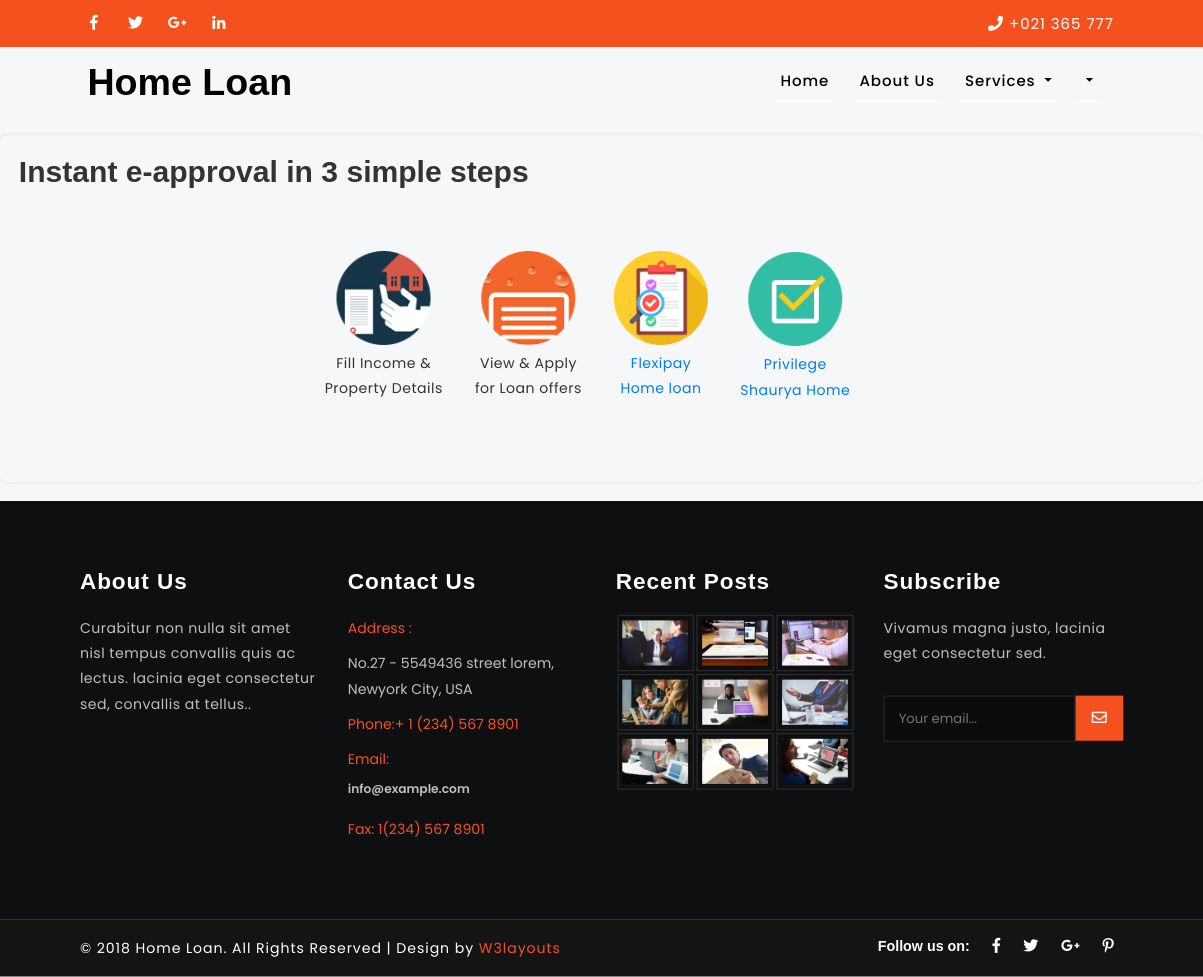
Repository: 72-faisal/Spring-MVC-project
Page: http://localhost/HomeLoan/WEB-INF/views/LoanCalculator.jsp
An editor plug-in stored every save of this project. The page is shown before and after the next save, followed by the edit.
The browser window is 1280 px wide. The pictures show the whole page, at 94% of full size.
Some web fonts or font styles are not loaded; a fallback is used. The page is served by Tomcat 9. Nobody is signed in. The template is opened directly, without the code that normally fills it, so the values that code supplies are empty.

Above is the page before, as saved 2023-12-28 07:48:00.

After the next save:
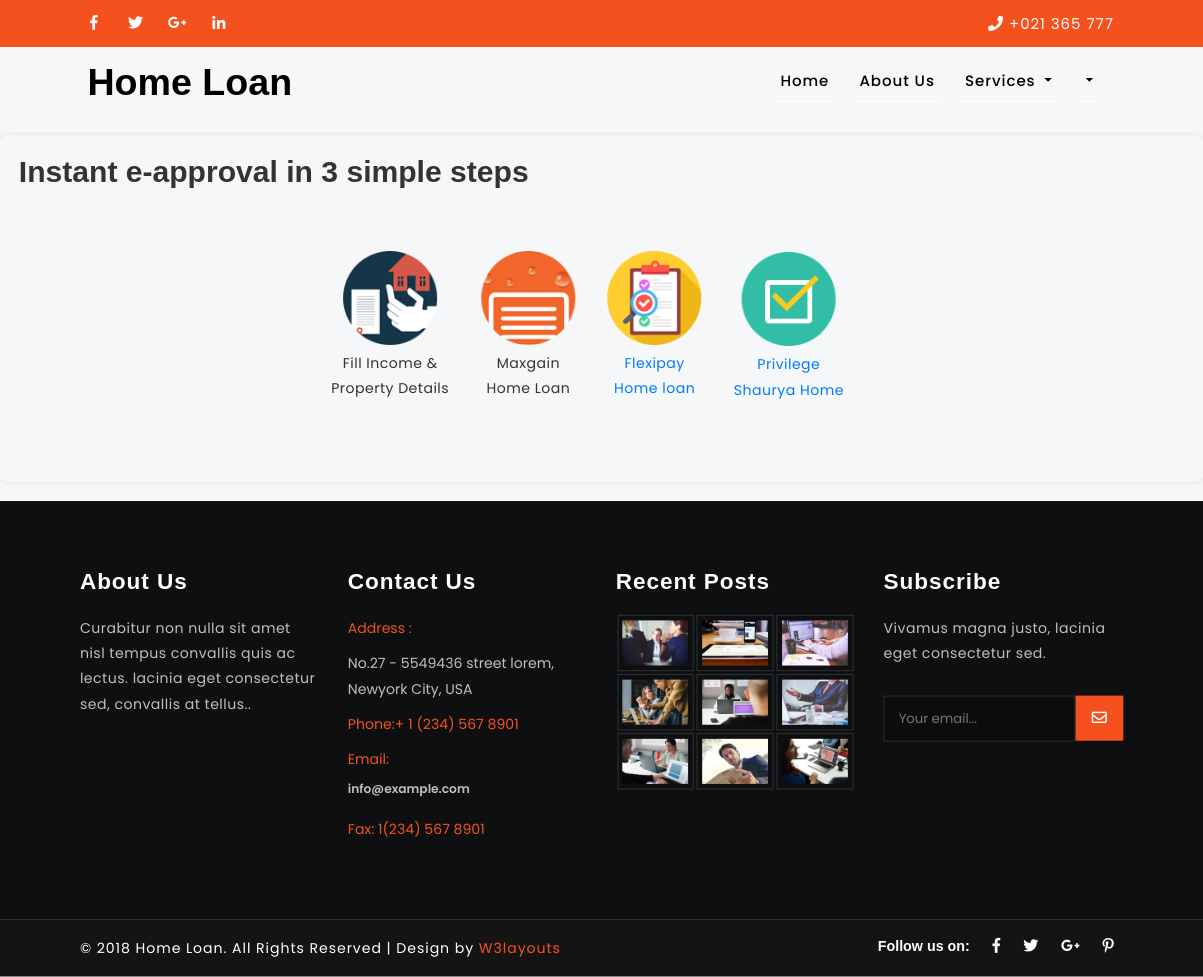
Saved 63 s later.
--- a/HomeLoan/src/main/webapp/WEB-INF/views/LoanCalculator.jsp
+++ b/HomeLoan/src/main/webapp/WEB-INF/views/LoanCalculator.jsp
@@ -230,18 +230,19 @@ SmartPhone Compatible web template, free WebDesigns for Nokia, Samsung, LG, Sony
 							title="View &amp; Apply for Loan offers">
 					</p>
 					<p>
-						View &amp; Apply <br>for Loan offers
+						Maxgain  <br>Home Loan
 					</p>
 				</li>
 				<li>
 					<p>
-						<a href="flexiPay">  <img
+						<a href="flexiPay"> <img
 							src="<%=request.getContextPath()%>/resources/images/apply-img3.png"
 							alt="Flexipay Home Loan Calculator"
 							title="Flexipay Home Loan Calculator"></a>
 					</p>
 					<p>
-						<a href="flexiPay">Flexipay <br>Home loan</a>
+						<a href="flexiPay">Flexipay <br>Home loan
+						</a>
 					</p>
 				</li>
 				<li>
